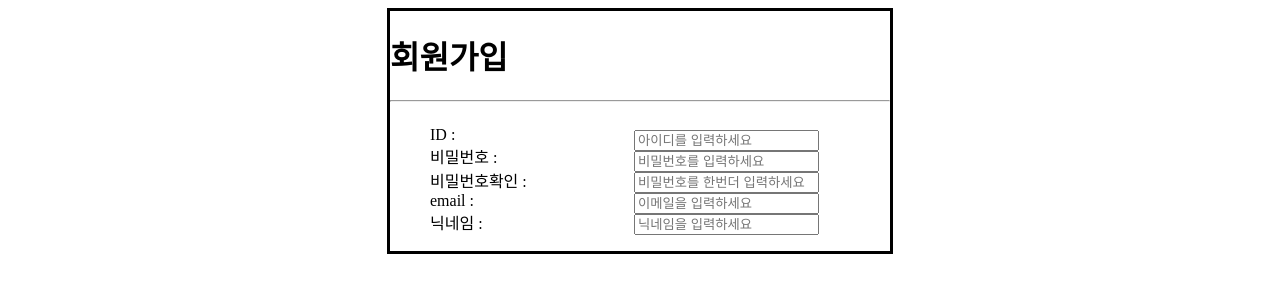
Repository: MySunTY/JSP
Page: http://localhost/PRAC/
These files come from the project's save history. The page is drawn as it stood at one moment and after the next save; the edit follows.
The browser window is 1280 px wide. The pictures show the whole page.
The page is served by Tomcat 9.

Above is the page before, as saved 2024-05-14 06:02:17.

After the next save:
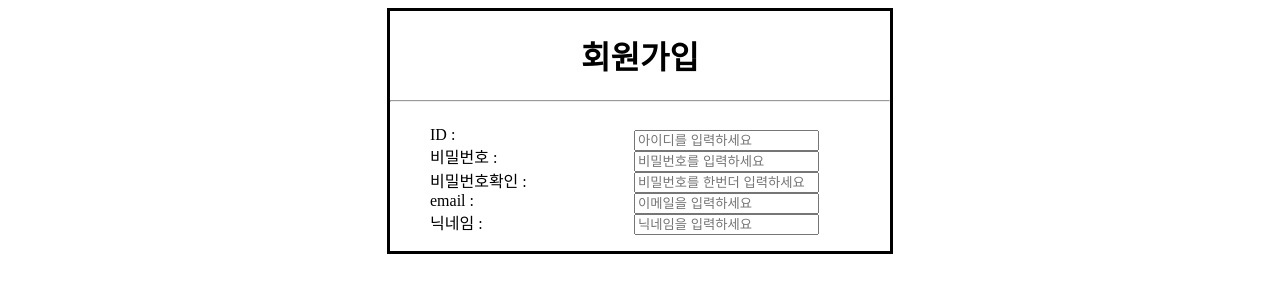
Saved 54 s later.
--- a/PRAC/src/main/webapp/index.jsp
+++ b/PRAC/src/main/webapp/index.jsp
@@ -27,7 +27,7 @@
 
 				display: inline-block;
 			}
-			div>hi{
+			.title{
 				text-align : center;
 			}
 		</style>
